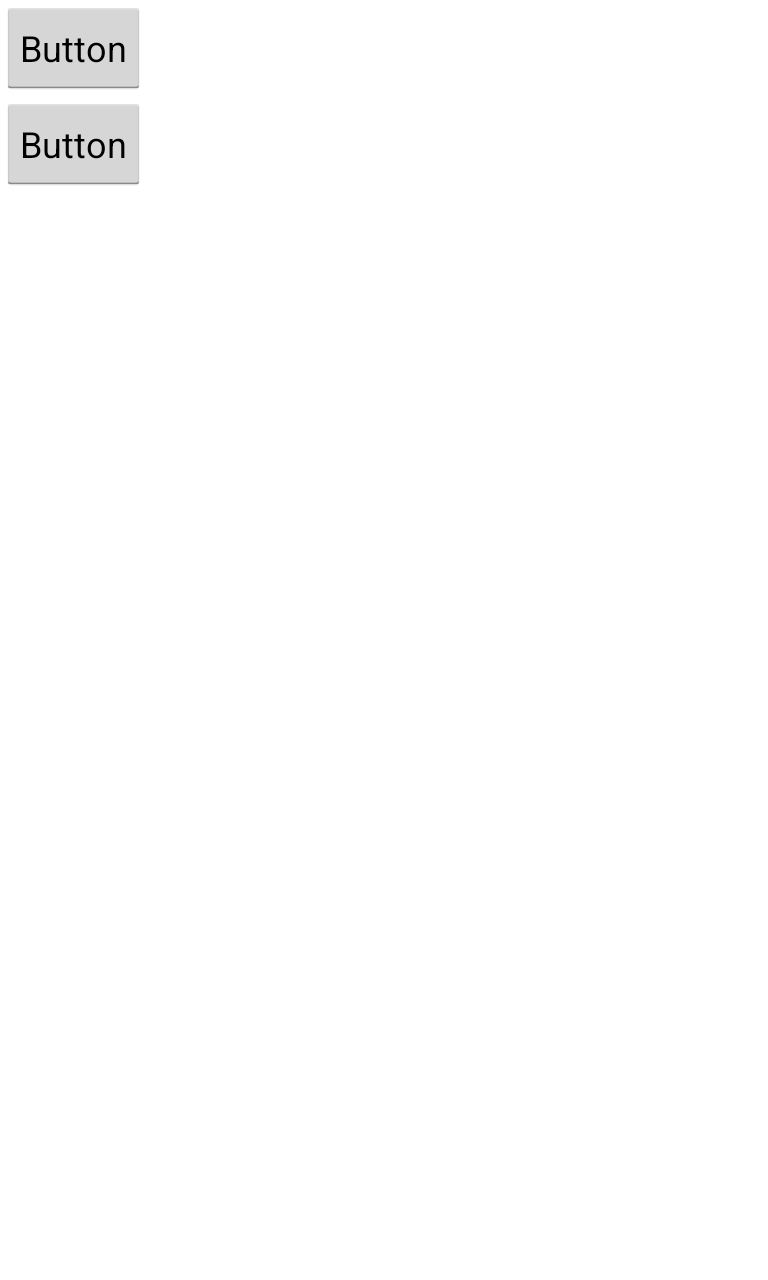
Repository: droidexample/some-practises-sample-example
Layout: NotificationWithSound/res/layout/activity_main.xml
An editor plug-in stored every save of this project. The layout is shown before and after the next save, followed by the edit.
It is drawn on a 768 x 1280 px phone screen (xhdpi) without system bars, with theme AppTheme; the app's code is not run.

Above is the layout before, as saved 2015-06-18 03:12:51.

After the next save:
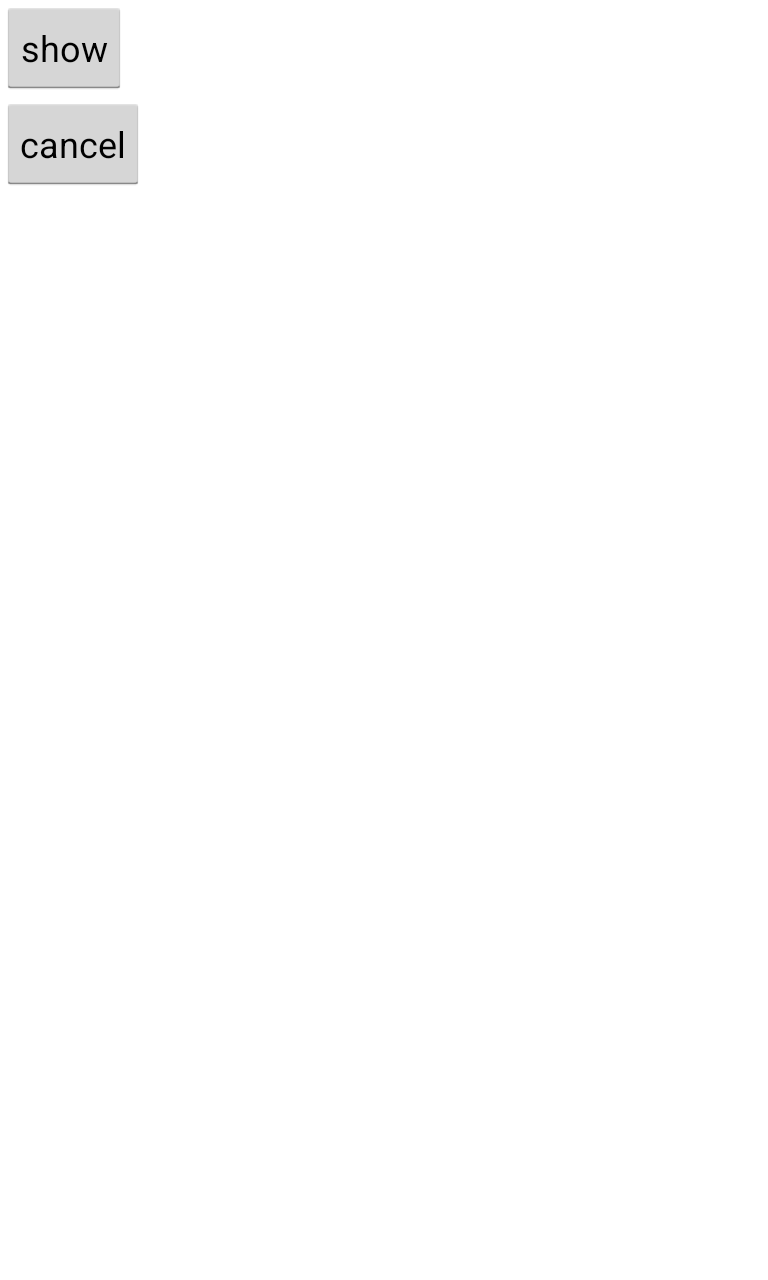
Saved 13 s later.
--- a/NotificationWithSound/res/layout/activity_main.xml
+++ b/NotificationWithSound/res/layout/activity_main.xml
@@ -8,13 +8,13 @@
         android:layout_width="wrap_content"
         android:layout_height="wrap_content"
         android:padding="10dp"
-        android:text="Button" />
+        android:text="show" />
 
     <Button
         android:id="@+id/btnCancel"
         android:layout_width="wrap_content"
         android:layout_height="wrap_content"
         android:padding="10dp"
-        android:text="Button" />
+        android:text="cancel" />
 
 </LinearLayout>
